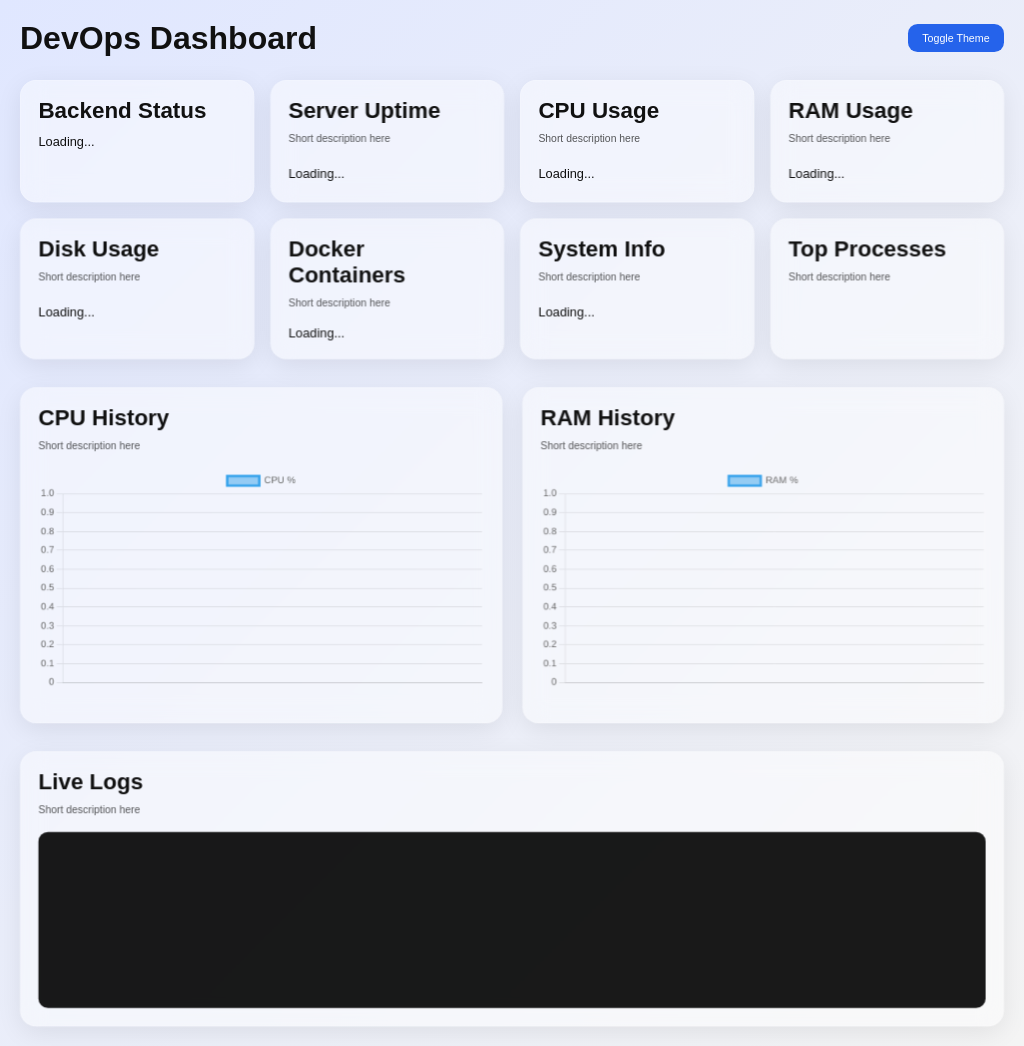
Repository: manoj-991/devops-dashboard
Page: frontend/index.html
These files come from the project's save history. The page is drawn as it stood at one moment and after the next save; the edit follows.
The browser window is 1280 px wide. The pictures show the whole page, at 80% of full size.
The page's requests for data from a server got no answer.

Above is the page before, as saved 2026-05-23 21:50:53.

After the next save:
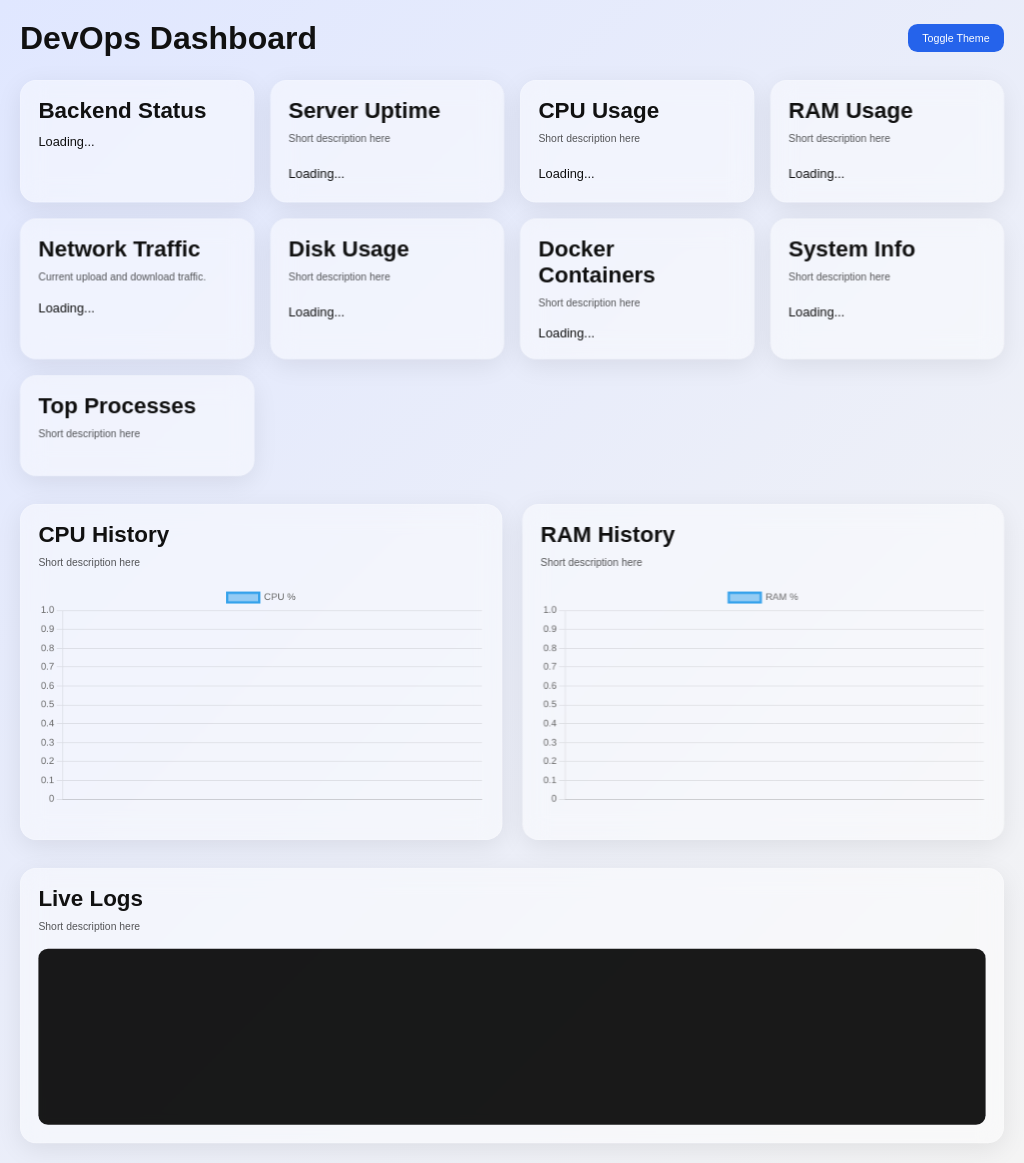
Saved 13 min 0 s later.
--- a/frontend/index.html
+++ b/frontend/index.html
@@ -53,7 +53,21 @@
             </p>
             <p id="ram-result">Loading...</p>
         </div>
+        <div class="card">
 
+            <h2>Network Traffic</h2>
+
+            <p class="description">
+                Current upload and download traffic.
+            </p>
+
+            <div id="network-result">
+
+                Loading...
+
+            </div>
+
+        </div>
         <div class="card">
             <h2>Disk Usage</h2>
             <p class="description">
